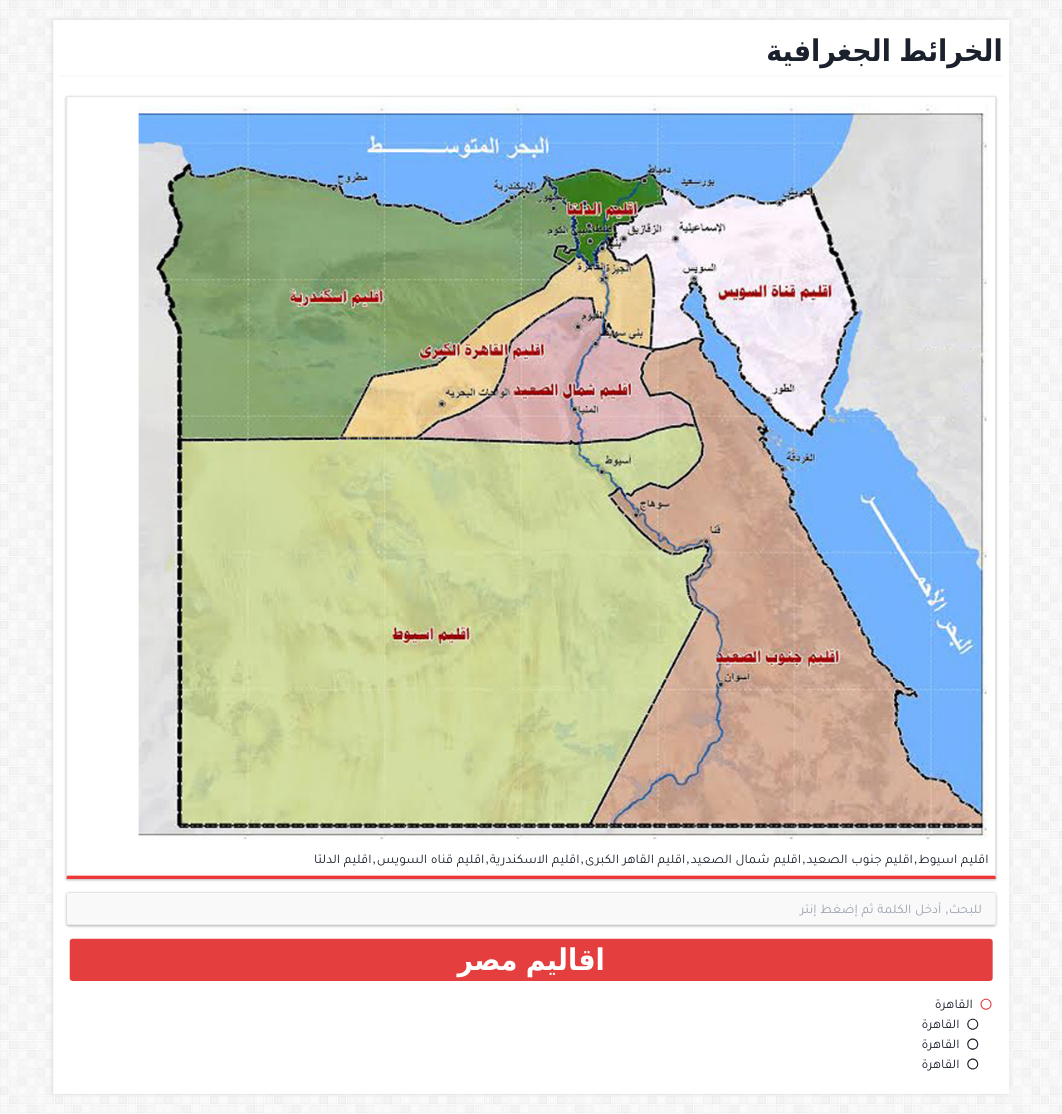
Repository: ahmed-mohamed-eng/egypt-gov-map
Page: /
The author's editor kept a copy of each file at every save. The page is drawn from the files as they stood at one save, then again after the next save.
The browser window is 1280 px wide. The pictures show the whole page, at 83% of full size.
Some web fonts or font styles are not loaded; a fallback is used. The project was rebuilt for these pictures with package versions that can differ from the ones it lists, and the page was loaded fresh each time. The framework's server and built-in components were replaced by stand-ins that run in the browser. Also part of the build but not shown: next.config.js.

Above is the page before, as saved 2022-05-30 14:21:36.

After the next save:
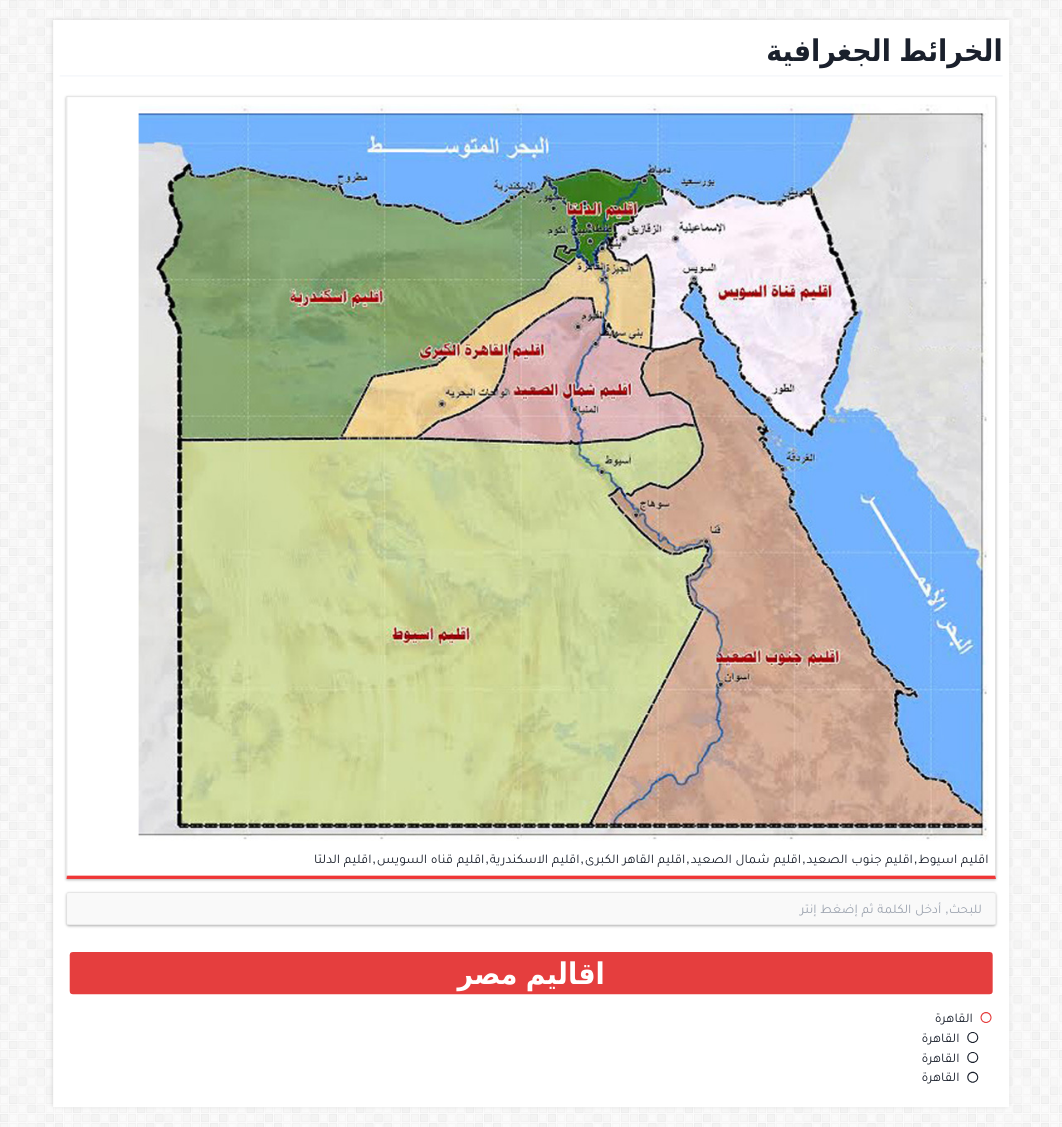
Saved 25 s later.
--- a/components/MainContentArea/MainContentArea.tsx
+++ b/components/MainContentArea/MainContentArea.tsx
@@ -3,19 +3,15 @@ import { VStack } from "@chakra-ui/react";
 // Custom Components.
 import MapArea from "./MapArea";
 import SearchBox from "./SearchBox";
+import StripeSeparator from "./StripeSeparator";
 import QuickNavigationArea from "./QuickNavigationArea";
 
 export const MainContentArea = () => {
   return (
-    <VStack
-      as="main"
-      w="full"
-      p="0.5rem"
-      spacing="1rem"
-      flex="14"
-    >
+    <VStack as="main" w="full" p="0.5rem" spacing="1rem" flex="14">
       <MapArea />
       <SearchBox placeholderTxt="للبحث, أدخل الكلمة ثم إضغط إنتر" />
+      <StripeSeparator />
       <QuickNavigationArea />
     </VStack>
   );
